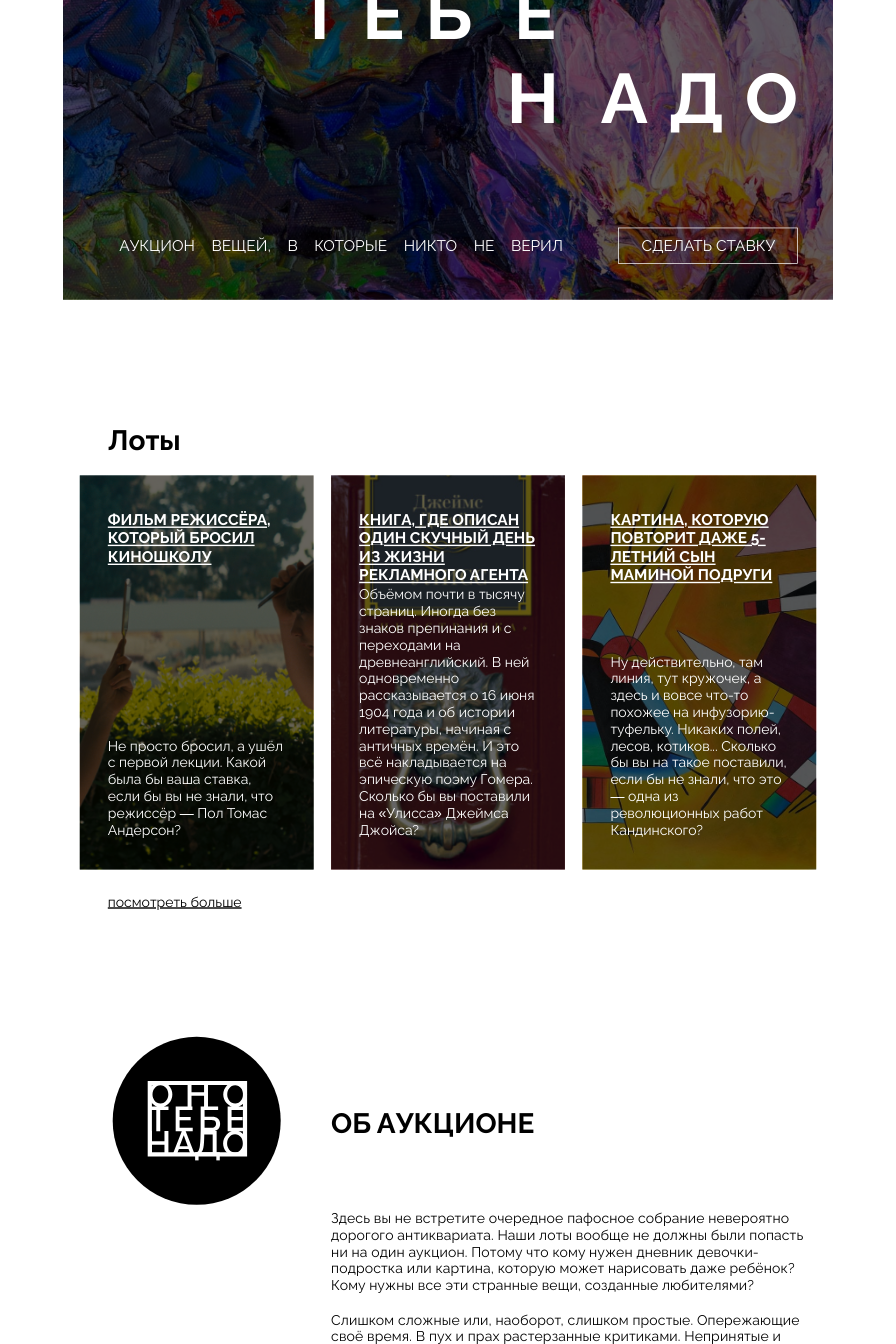
Repository: Smoyki/ono-tebe-nado
Page: index.html
An editor plug-in stored every save of this project. The page is shown before and after the next save, followed by the edit.
The browser window is 1280 px wide. The pictures show the part of the page from y = 623 to 2543 px (the page is 3028 px tall), at 70% of full size.

Above is the page before, as saved 2024-04-20 19:30:33.

### index.html
<!DOCTYPE html>
<html lang="ru">
  <head>
    <meta charset="UTF-8" />
    <meta http-equiv="X-UA-Compatible" content="IE=edge" />
    <meta name="viewport" content="width=device-width, initial-scale=1.0" />
    <title>Оно тебе надо — аукцион вещей, в которые никто не верил!</title>
    <link rel="stylesheet" href="./fonts/fonts.css" />
    <link rel="stylesheet" href="./styles/global.css" />
    <link rel="stylesheet" href="./styles/style.css" />
  </head>

  <body>
    <div class="wrapper">
      <header class="header">
        <nav class="header__menu">
          <ul class="header__links-list">
            <li class="header__links-list-item_no-bullit">
              <a class="header__link link-active" href="#">главная</a>
            </li>
            <li class="header__links-list-item">
              <a class="header__link" href="#"
                >посмотреть лоты</a
              >
            </li>
            <li class="header__links-list-item">
              <a class="header__link" href="#"
                >об аукционе</a
              >
            </li>
          </ul>
        </nav>
        <a class="header__logo"
          ><img
            alt="Логотип"
            class="header__logo-image"
            src="./images/logo-black.svg"
        /></a>
        <address class="address header__address">
          <a class="address__item " href="tel:+99995555555">+9 999 555 5555</a>
          <a class="address__item " href="mailto:info@sobaka.ge"
            >info@sobaka.ge</a
          >
          <p class="address-text">
            наб. Принсенграхт 263-<br />265, Амстердам
          </p>
        </address>
      </header>
      <main class="main_sections">
        <section class="cover content-section">
          <div class="overlay"></div>
          <h1 class="cover__title">
            <span class="aligned-text"
              >о<span class="letter-spacing-extended">но</span></span
            >
            <span class="aligned-text aligned-text_center"
              >те<span class="letter-spacing-extended">бе</span></span
            >
            <span class="aligned-text aligned-text_right"
              ><span class="letter-spacing-extended">н</span>ад<span
                class="remove-spacing"
                >о</span
              ></span
            >
          </h1>
          <div class="cover__description">
            <p class="cover__description-text">
              Аукцион вещей, в которые никто не верил
            </p>
            <button class="bet-button">Сделать ставку</button>
          </div>
        </section>
        <section class="lots_conteiner">
          <h2 class="lots_heading"> Лоты</h2>
          <ul class="lots__card-list">
            <li class="link-lots-card first-img">
              <a href="#" class="link-lots-style">
                <article class="card-info">
                  <h3 class="article-titel">Фильм режиссёра, который бросил киношколу</h3>
                  <p class="article-text">Не просто бросил, а ушёл с первой лекции. Какой была бы ваша ставка, если бы вы не знали, что режиссёр — Пол Томас Андерсон?</p>
                </article>
              </a>
            </li>
            <li class="link-lots-card second-img">
              <a href="#" class="link-lots-style">
                <article class="card-info">
                  <h3 class="article-titel">Книга, где описан один скучный день из жизни рекламного агента</h3>
                  <p class="article-text">Объёмом почти в тысячу страниц. Иногда без знаков препинания и с переходами на древнеанглийский. В ней одновременно рассказывается о 16 июня 1904 года и об истории литературы, начиная с античных времён. И это всё накладывается на эпическую поэму Гомера. Сколько бы вы поставили на «Улисса» Джеймса Джойса?</p>
                </article>
              </a>
            </li>
            <li class="link-lots-card third-img">
              <a href="#" class="link-lots-style">
                <article class="card-info">
                  <h3 class="article-titel">Картина, которую повторит даже 5-летний сын маминой подруги</h3>
                  <p class="article-text">Ну действительно, там линия, тут кружочек, а здесь и вовсе что-то похожее на инфузорию-туфельку. Никаких полей, лесов, котиков... Сколько бы вы на такое поставили, если бы не знали, что это — одна из революционных работ Кандинского?</p>
                </article>
              </a>
            </li>
          </ul>
          <a href="#" class="lots-more-link">посмотреть больше</a>
        </section>
        <section class="about content-section">
          <div class="logo__container">
            <div class="about__logo">
              <img
                class="about__logo-image"
                src="./images/logo-white.svg"
                alt="Логотип проекта"
              />
            </div>
          </div>
          <div class="second__column__text">
            <div class="about__column_text">
              <h2 class="about__title">Об аукционе</h2>
              <div class="about__text">
                <p>
                  Здесь вы не встретите очередное пафосное собрание невероятно
                  дорогого антиквариата. Наши лоты вообще не должны были попасть
                  ни на один аукцион. Потому что кому нужен дневник
                  девочки-подростка или картина, которую может нарисовать даже
                  ребёнок? Кому нужны все эти странные вещи, созданные
                  любителями?
                </p>
                <p>
                  Слишком сложные или, наоборот, слишком простые. Опережающие
                  своё время. В пух и прах растерзанные критиками. Непринятые и
                  непонятые. Когда-то они казались просто неудачными. Но,
                  несмотря на критику, кажущуюся простоту или сложность, сейчас
                  без этих лотов невозможно представить современную культуру.
                  Когда в эти вещи не верил никто, продолжали верить их
                  создатели. И сейчас эти лоты стали культовыми.
                </p>
              </div>
            </div>
          </div>
        </section>
      </main>
      <footer class="footer">
        <address class="address">
          <a class="address__item" href="tel:+99995555555">+9 999 555 5555</a>
          <a class="address__item" href="mailto:info@sobaka.ge"
            >info@sobaka.ge</a
          >
          <p class="foother_address__address-text">
            наб. Принсенграхт 263-<br />265, Амстердам
          </p>
        </address>
        <nav class="footer__menu">
          <ul class="footer__menu-list">
            <li class="footer__menu-list-item">
              <a class="footer__menu-link link-active" href="#">главная</a>
            </li>
            <li class="footer__menu-list-item">
              <a class="footer__menu-link " href="#">посмотреть лоты</a>
            </li>
            <li class="footer__menu-list-item">
              <a class="footer__menu-link " href="#">об аукционе</a>
            </li>
          </ul>
        </nav>
        <ul class="footer__social-list">
          <li class="footer__social-list-item">
            <a class="footer__social-link" href="#"
              ><img
                class="footer__social-icon"
                src="./images/yt.svg"
                alt="Иконка"
            /></a>
          </li>
          <li class="footer__social-list-item">
            <a class="footer__social-link" href="#"
              ><img
                class="footer__social-icon"
                src="./images/vk.svg"
                alt="Иконка"
            /></a>
          </li>
          <li class="footer__social-list-item">
            <a class="footer__social-link" href="#"
              ><img
                class="footer__social-icon"
                src="./images/pinterest.svg"
                alt="Иконка"
            /></a>
          </li>
        </ul>
      </footer>
    </div>
  </body>
</html>

### styles/style.css
.main_sections {
  flex-direction: column;
  display: grid;
  grid-template-rows: repeat(3, auto);
}

.content-section {
  margin: auto 0;
  width: 100%;
}

.header {
  max-width: 1052px;
  margin: auto;
  padding: 92px 24px 92px 19px;
  display: grid;
  grid-template-columns: 2fr 1fr 2fr;
  justify-content: space-around;
  justify-items: center;
  align-items: center;
}

.header__links-list {
  display: flex;
  flex-direction: row;
  gap: 34px;
  list-style: none;
  font-size: 18px;
  line-height: 21px;
  flex-wrap:wrap;
}

.header__menu {
  max-width: 392px;
}

.header__links-list-item {
  list-style: circle;
  text-decoration: underline;
}

.header__links-list-item_no-bullit {
  list-style: none;
}

.header__link {
  font-size: 18px;
  text-decoration:underline;
}

.header__link_active {
  text-decoration:none;
}

.header__logo {
  display:block;
  justify-self: center;
  align-self: center;
  width: fit-content;
  height: fit-content;
}

.header__logo-image {
  width: 148px;
  height: 105px;
  margin: auto;
}

.address {
  max-width: 241px;
  display: flex;
  flex-direction: column;
  font-size: 18px;
  font-style: normal;
  justify-self: end;
  line-height: 24.3px;
  padding: 0px 38px 0px 0px;
  font-family: "Raleway", sans-serif;
}


.address__item {
  display: flex;
  text-underline-position: under;
}

.cover {
  position: relative;
  background-image: url(../images/cover.jpg);
  background-position:center;
  background-repeat: no-repeat;
  background-size: cover;
  padding: 165px 50px 51px 50px;
}

.overlay {
  position: absolute;
  top: 0;
  left: 0;
  z-index: 1;
  width: 100%;
  height: 100%;
  background: rgba(0, 0, 0, 0.6);
}

.cover__title {
  position: relative;
  z-index: 3;
  line-height: 1.15;
  letter-spacing: 30px;
  text-transform: uppercase;
  display: flex;
  flex-direction: column;
  gap: 20px;
  color: #FFF;
  font-weight: bold;
  font-size: 100px;

}

.aligned-text {
  display: block;
}

.aligned-text_center {
  line-height: 1;
  text-align: center;
}

.aligned-text_right {
  line-height: 1;
  text-align: right;
}

.letter-spacing-extended {
  letter-spacing: 60px;
}

.remove-spacing {
  letter-spacing: normal;
}

.cover__description {
  position: relative;
  z-index: 1;
  display: flex;
  justify-content: flex-end;
  align-items: center;
  gap: 79px;
  padding: 135px 0px 0px 0px;
}

.cover__description-text {
  color: #FFF;
  font-size: 22px;
  line-height: 1.27;
  text-transform: uppercase;
  word-spacing: 18px;
}

.bet-button {
  border: 1px #FFF solid;
  padding: 12px 32px;
  color: #FFF;
  font-family: 'Raleway', sans-serif;
  font-weight: normal;
  font-size: 22px;
  line-height: 26px;
  text-transform: uppercase;
  background-color: transparent;
  cursor: pointer;
}

.bet-button:hover {
  color: #000000;
  background-color: #FFF;
}


.lots_conteiner {
  display: grid;
  grid-template-rows: repeat(3, auto);
  gap: 27px;
  padding: 177px 24px 0px 24px;
}

.lots_heading {
  font-size: 40px;
  line-height: 47px;
  margin-left: 40px;
}

.lots__card-list {
  display: grid;
  grid-template-columns: repeat(3, auto);
  gap: 25px;
}

.link-lots-card {
  display: block;
  position: relative;
  min-width: 334px;
  min-height: 563px;
}

.link-lots-card::before {
  content: "";
  position: absolute;
  top: 0;
  left: 0;
  z-index: 1;
  background-color: rgb(0, 0, 0, 0.6);
  inset: 0;
}

/*---настройка картиночек для лотов---*/

.first-img{
  background-image: url(../images/card-lot-01.jpg);
}

.second-img{
  background-image: url(../images/card-lot-02.jpg);
}

.third-img {
  background-image: url(../images/card-lot-03.jpg);
}

.first-img,
.second-img,
.third-img,
.cover {
  background-size: cover;
  background-position: top;
}

.lots-more-link {
  width: fit-content;
  line-height: 24px;
  margin-left: 40px;
  font-size: 20px;
  text-decoration: none;
  padding: 7px 0px 0px 0px;
  text-decoration: underline;
}

.link-lots-style {
  text-decoration: none;
}

/*---Оформление текста для лотов---*/

.card-info {
  display: flex;
  flex-direction: column;
  justify-content: space-between;
  height: 100%;
  padding: 50px 40px 45px 40px;
}

.article-titel {
  font-size: 22px;
  line-height: 120%;
  font-style: normal;
  text-decoration: underline;
}

.article-text {
  font-weight: 100;
  max-height: 360px;
  font-size: 20px;
  line-height: 120%;
}

.article-text,
.article-titel {
  position: relative;
  z-index: 3;
  color: white;
}

.lots_title,
.article-titel {
  text-transform: uppercase;
}


/* Тут начало секции about */
.about {
  display:  grid;
  grid-template-columns: 287px auto;
  padding:146px 0px 0px 24px;
  max-width: 1052px;
  column-gap:72px;
}

.about__column_text {
  padding-top:135px;
  display: flex;
  height: fit-content;
  font-family: "Raleway", sans-serif;
  font-style: normal;
  font-weight: 400;
  flex-direction: column;
  gap:100px;
  min-width: 693px;
}

.about__logo {
  display: flex;
  justify-content: center;
  align-items: center;
  border-radius: 50%;
  background-color: #000000;
  width: 240px;
  height: 240px;
}

.logo__container {
  display: block;
  padding:35px 0px 0px 47px;
  width:fit-content;
  height:fit-content;
}

.about__logo-image {
  width: 148px;
  height: 114px;
}

.about__title {
  /* padding: 3px 0px 100px 0px; */
  font-weight: bold;
  font-size: 40px;
  line-height: 47px;
  text-transform: uppercase;
}

.about__text {
  display: flex;
  flex-direction:column;
  gap: 25px;
  font-size: 20px;
  line-height: 24px;
  letter-spacing: 0.01em;
}

.footer {
  display: flex;
  justify-content: space-between;
  padding: 179px 50px 88px 50px;
  gap:25px;
}

.footer__social-icon {
  width: 48px;
  height: 48px;
}

.footer__menu-list {
  display: flex;
  flex-direction: column;
  align-items: center;
  font-size: 18px;
  line-height: auto;
  height: fit-content;
}

.foother__links-list {
  display:flex;
  flex-direction:column;
}

.footer__social-list-item {
  list-style: none;
  font-family: "Raleway", sans-serif;
  line-height: 21.13px;
}

.footer__menu-list-item {
  list-style: none;
  font-family: "Raleway", sans-serif;
}

.link-active {
  text-decoration:none;
}

.footer__menu-link {
  font-size: 18px;
  line-height: 21.1px;
  /*font-family: "Raleway", sans-serif; */
}

.footer__social-list {
  display:flex;
  gap: 48px;
  list-style: none;
}

Loaded but not shown: fonts/fonts.css (common file); styles/global.css (common file)

After the next save:
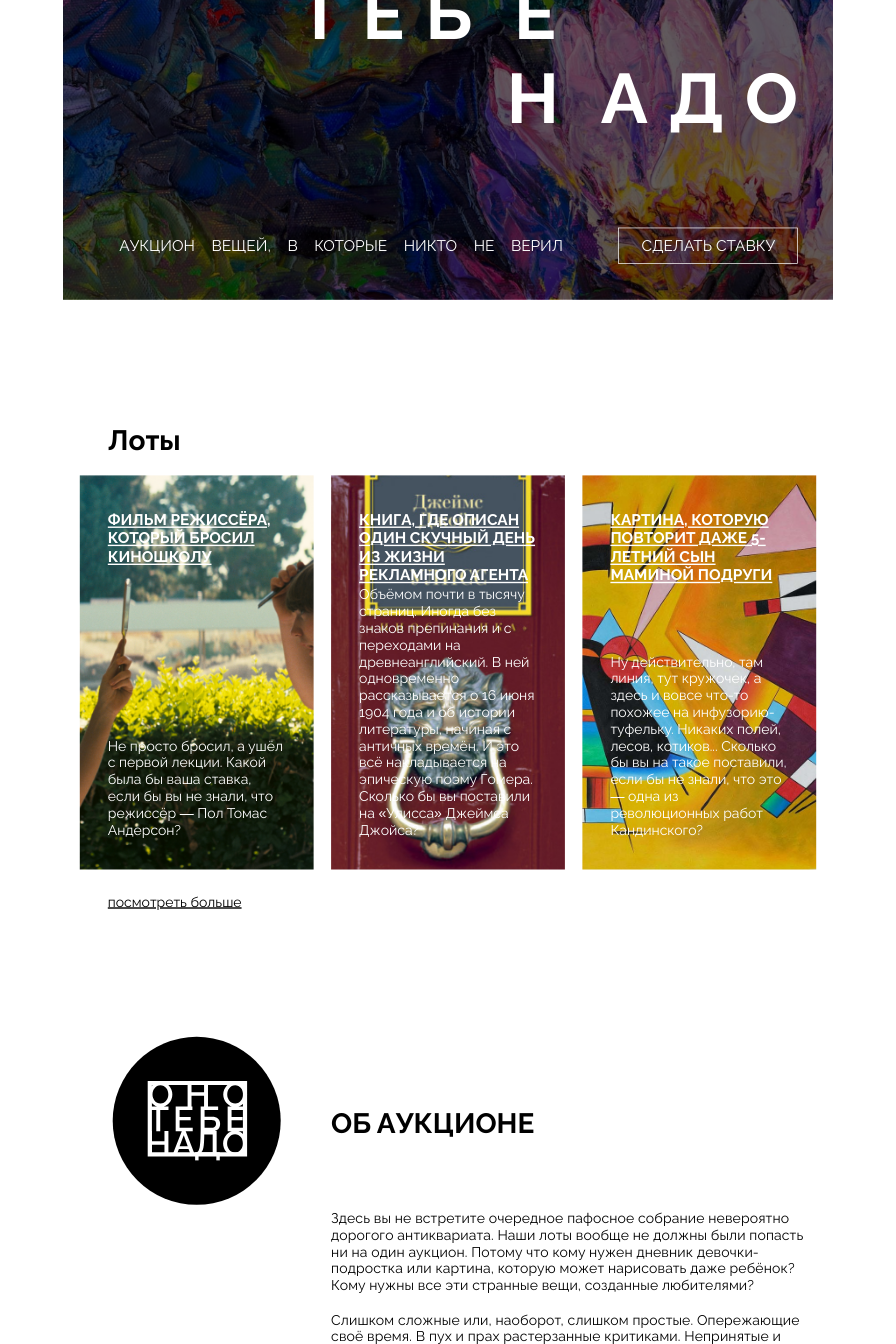
Saved 4 min 21 s later.
--- a/styles/style.css
+++ b/styles/style.css
@@ -204,7 +204,6 @@
 }
 
 .link-lots-card::before {
-  content: "";
   position: absolute;
   top: 0;
   left: 0;
